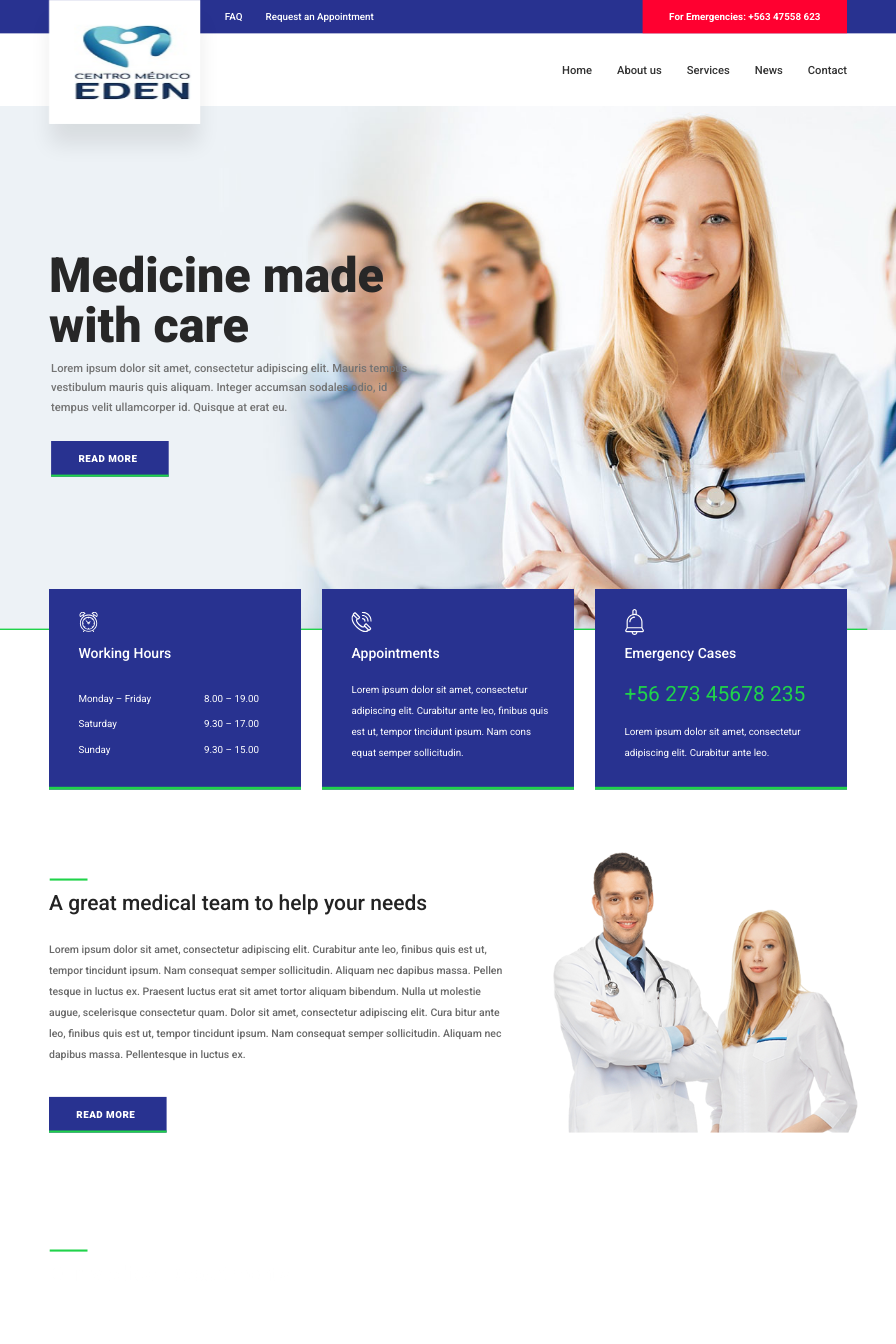
Repository: Nanitamo/centro-medico-eden-webpage
Page: index.html
These files come from the project's save history. The page is drawn as it stood at one moment and after the next save; the edit follows.
The browser window is 1280 px wide. The pictures show the part of the page from y = 0 to 1920 px (the page is 4535 px tall), at 70% of full size.

Above is the page before, as saved 2020-06-18 13:09:03.

### index.html
<!DOCTYPE html>
<html lang="en">
<head>
<title>CareMed</title>
<meta charset="utf-8">
<meta http-equiv="X-UA-Compatible" content="IE=edge">
<meta name="description" content="CareMed demo project">
<meta name="viewport" content="width=device-width, initial-scale=1">
<link rel="stylesheet" type="text/css" href="styles/bootstrap4/bootstrap.min.css">
<link href="plugins/font-awesome-4.7.0/css/font-awesome.min.css" rel="stylesheet" type="text/css">
<link rel="stylesheet" type="text/css" href="plugins/OwlCarousel2-2.2.1/owl.carousel.css">
<link rel="stylesheet" type="text/css" href="plugins/OwlCarousel2-2.2.1/owl.theme.default.css">
<link rel="stylesheet" type="text/css" href="plugins/OwlCarousel2-2.2.1/animate.css">
<link rel="stylesheet" type="text/css" href="styles/main_styles.css">
<link rel="stylesheet" type="text/css" href="styles/responsive.css">
</head>
<body>

<div class="super_container">

	<!-- Header -->

	<header class="header trans_200">

		<!-- Top Bar -->
		<div class="top_bar">
			<div class="container">
				<div class="row">
					<div class="col">
						<div class="top_bar_content d-flex flex-row align-items-center justify-content-start">
							<div class="top_bar_item"><a href="#">FAQ</a></div>
							<div class="top_bar_item"><a href="#">Request an Appointment</a></div>
							<div class="emergencies  d-flex flex-row align-items-center justify-content-start ml-auto">For Emergencies: +563 47558 623</div>
						</div>

					</div>
				</div>
			</div>
		</div>

		<!-- Header Content -->
		<div class="header_container">
			<div class="container">
				<div class="row">
					<div class="col">
						<div class="header_content d-flex flex-row align-items-center justify-content-start">
							<nav class="main_nav ml-auto">
								<ul>
									<li><a href="index.html">Home</a></li>
									<li><a href="about.html">About us</a></li>
									<li><a href="services.html">Services</a></li>
									<li><a href="news.html">News</a></li>
									<li><a href="contact.html">Contact</a></li>
								</ul>
							</nav>
							<div class="hamburger ml-auto"><i class="fa fa-bars" aria-hidden="true"></i></div>
						</div>
					</div>
				</div>
			</div>
		</div>

		<!-- Logo -->
		<div class="logo_container_outer">
			<div class="container">
				<div class="row">
					<div class="col">
						<div class="logo_container">
							<a href="#">
								<div class="logo_content d-flex flex-column align-items-start justify-content-center">
									<!-- <div class="logo_line"></div>
									<div class="logo d-flex flex-row align-items-center justify-content-center">
										<div class="logo_text">Care<span>Med</span></div>
										<div class="logo_box">+</div>
									</div>
									<div class="logo_sub">Health Care Center</div> -->
									<img src="./images/logo.jpg" alt="Logotipo" width ="166" height="106">
								</div>
							</a>
						</div>
					</div>
				</div>
			</div>
		</div>

	</header>

	<!-- Menu -->

	<div class="menu_container menu_mm">

		<!-- Menu Close Button -->
		<div class="menu_close_container">
			<div class="menu_close"></div>
		</div>

		<!-- Menu Items -->
		<div class="menu_inner menu_mm">
			<div class="menu menu_mm">
				<ul class="menu_list menu_mm">
					<li class="menu_item menu_mm"><a href="index.html">Home</a></li>
					<li class="menu_item menu_mm"><a href="about.html">About us</a></li>
					<li class="menu_item menu_mm"><a href="services.html">Services</a></li>
					<li class="menu_item menu_mm"><a href="news.html">News</a></li>
					<li class="menu_item menu_mm"><a href="contact.html">Contact</a></li>
				</ul>
			</div>
			<div class="menu_extra">
				<div class="menu_appointment"><a href="#">Request an Appointment</a></div>
				<div class="menu_emergencies">For Emergencies: +563 47558 623</div>
			</div>

		</div>

	</div>

	<!-- Home -->

	<div class="home">
		<div class="home_slider_container">
			<!-- Home Slider -->
			<div class="owl-carousel owl-theme home_slider">

				<!-- Slider Item -->
				<div class="owl-item">
					<div class="home_slider_background" style="background-image:url(images/home_background_1.jpg)"></div>
					<div class="home_content">
						<div class="container">
							<div class="row">
								<div class="col">
									<div class="home_content_inner">
										<div class="home_title"><h1>Medicine made with care</h1></div>
										<div class="home_text">
											<p>Lorem ipsum dolor sit amet, consectetur adipiscing elit. Mauris tempus vestibulum mauris quis aliquam. Integer accumsan sodales odio, id tempus velit ullamcorper id. Quisque at erat eu.</p>
										</div>
										<div class="button home_button">
											<a href="#">read more</a>
										</div>
									</div>
								</div>
							</div>
						</div>
					</div>
				</div>

				<!-- Slider Item -->
				<div class="owl-item">
					<div class="home_slider_background" style="background-image:url(images/home_background_1.jpg)"></div>
					<div class="home_content">
						<div class="container">
							<div class="row">
								<div class="col">
									<div class="home_content_inner">
										<div class="home_title"><h1>Medicine made with care</h1></div>
										<div class="home_text">
											<p>Lorem ipsum dolor sit amet, consectetur adipiscing elit. Mauris tempus vestibulum mauris quis aliquam. Integer accumsan sodales odio, id tempus velit ullamcorper id. Quisque at erat eu.</p>
										</div>
										<div class="button home_button">
											<a href="#">read more</a>
										</div>
									</div>
								</div>
							</div>
						</div>
					</div>
				</div>

				<!-- Slider Item -->
				<div class="owl-item">
					<div class="home_slider_background" style="background-image:url(images/home_background_1.jpg)"></div>
					<div class="home_content">
						<div class="container">
							<div class="row">
								<div class="col">
									<div class="home_content_inner">
										<div class="home_title"><h1>Medicine made with care</h1></div>
										<div class="home_text">
											<p>Lorem ipsum dolor sit amet, consectetur adipiscing elit. Mauris tempus vestibulum mauris quis aliquam. Integer accumsan sodales odio, id tempus velit ullamcorper id. Quisque at erat eu.</p>
										</div>
										<div class="button home_button">
											<a href="#">read more</a>
										</div>
									</div>
								</div>
							</div>
						</div>
					</div>
				</div>

			</div>

			<!-- Slider Progress -->
			<div class="home_slider_progress"></div>
		</div>
	</div>

	<!-- 3 Boxes -->

	<div class="boxes">
		<div class="container">
			<div class="row">

				<!-- Box -->
				<div class="col-lg-4 box_col">
					<div class="box working_hours">
						<div class="box_icon d-flex flex-column align-items-start justify-content-center"><div style="width:29px; height:29px;"><img src="images/alarm-clock.svg" alt=""></div></div>
						<div class="box_title">Working Hours</div>
						<div class="working_hours_list">
							<ul>
								<li class="d-flex flex-row align-items-center justify-content-start">
									<div>Monday – Friday</div>
									<div class="ml-auto">8.00 – 19.00</div>
								</li>
								<li class="d-flex flex-row align-items-center justify-content-start">
									<div>Saturday</div>
									<div class="ml-auto">9.30 – 17.00</div>
								</li>
								<li class="d-flex flex-row align-items-center justify-content-start">
									<div>Sunday</div>
									<div class="ml-auto">9.30 – 15.00</div>
								</li>
							</ul>
						</div>
					</div>
				</div>

				<!-- Box -->
				<div class="col-lg-4 box_col">
					<div class="box box_appointments">
						<div class="box_icon d-flex flex-column align-items-start justify-content-center"><div style="width: 29px; height:29px;"><img src="images/phone-call.svg" alt=""></div></div>
						<div class="box_title">Appointments</div>
						<div class="box_text">Lorem ipsum dolor sit amet, consectetur adipiscing elit. Curabitur ante leo, finibus quis est ut, tempor tincidunt ipsum. Nam cons equat semper sollicitudin.</div>
					</div>
				</div>

				<!-- Box -->
				<div class="col-lg-4 box_col">
					<div class="box box_emergency">
						<div class="box_icon d-flex flex-column align-items-start justify-content-center"><div style="width: 37px; height:37px; margin-left:-4px;"><img src="images/bell.svg" alt=""></div></div>
						<div class="box_title">Emergency Cases</div>
						<div class="box_phone">+56 273 45678 235</div>
						<div class="box_emergency_text">Lorem ipsum dolor sit amet, consectetur adipiscing elit. Curabitur ante leo.</div>
					</div>
				</div>

			</div>
		</div>
	</div>

	<!-- About -->

	<div class="about">
		<div class="container">
			<div class="row row-lg-eq-height">

				<!-- About Content -->
				<div class="col-lg-7">
					<div class="about_content">
						<div class="section_title"><h2>A great medical team to help your needs</h2></div>
						<div class="about_text">
							<p>Lorem ipsum dolor sit amet, consectetur adipiscing elit. Curabitur ante leo, finibus quis est ut, tempor tincidunt ipsum. Nam consequat semper sollicitudin. Aliquam nec dapibus massa. Pellen tesque in luctus ex. Praesent luctus erat sit amet tortor aliquam bibendum. Nulla ut molestie augue, scelerisque consectetur quam. Dolor sit amet, consectetur adipiscing elit. Cura bitur ante leo, finibus quis est ut, tempor tincidunt ipsum. Nam consequat semper sollicitudin. Aliquam nec dapibus massa. Pellentesque in luctus ex.</p>
						</div>
						<div class="button about_button">
							<a href="#">read more</a>
						</div>
					</div>
				</div>

				<!-- About Image -->
				<div class="col-lg-5">
					<div class="about_image"><img src="images/about.png" alt=""></div>
				</div>
			</div>
		</div>
	</div>

	<!-- Departments -->

	<div class="departments">
		<div class="departments_background parallax-window" data-parallax="scroll" data-image-src="images/departments.jpg" data-speed="0.8"></div>
		<div class="container">
			<div class="row">
				<div class="col">
					<div class="section_title section_title_light"><h2>Our Medical Departments</h2></div>
				</div>
			</div>
			<div class="row departments_row row-md-eq-height">

				<!-- Department -->
				<div class="col-lg-3 col-md-6 dept_col">
					<div class="dept">
						<div class="dept_image"><img src="images/dept_1.jpg" alt=""></div>
						<div class="dept_content text-center">
							<div class="dept_title">plastic surgery</div>
							<div class="dept_subtitle">Dr. James Smith</div>
						</div>
					</div>
				</div>

				<!-- Department -->
				<div class="col-lg-3 col-md-6 dept_col">
					<div class="dept">
						<div class="dept_image"><img src="images/dept_2.jpg" alt=""></div>
						<div class="dept_content text-center">
							<div class="dept_title">gastroenterology</div>
							<div class="dept_subtitle">Dr. Gunter Roscoe</div>
						</div>
					</div>
				</div>

				<!-- Department -->
				<div class="col-lg-3 col-md-6 dept_col">
					<div class="dept">
						<div class="dept_image"><img src="images/dept_3.jpg" alt=""></div>
						<div class="dept_content text-center">
							<div class="dept_title">dentistry</div>
							<div class="dept_subtitle">Dr. Maria Williams</div>
						</div>
					</div>
				</div>

				<!-- Department -->
				<div class="col-lg-3 col-md-6 dept_col">
					<div class="dept">
						<div class="dept_text">
							<p>Lorem ipsum dolor sit amet, consectetur adipiscing elit. Curabitur ante leo, finibus quis est ut, tempor tincidunt ipsum. Nam consequat semper sollicitudin. Aliquam nec dap ibus massa. Pellen tesque in luctus ex.</p>
						</div>
						<div class="button dept_button"><a href="#">read more</a></div>
					</div>
				</div>
			</div>
		</div>
	</div>

	<!-- Services -->

	<div class="services">
		<div class="container">
			<div class="row">
				<div class="col">
					<div class="section_title"><h2>Our Featured Services</h2></div>
				</div>
			</div>
			<div class="row services_row">

				<!-- Service -->
				<div class="col-lg-4 col-md-6 service_col">
					<a href="services.html">
						<div class="service text-center trans_200">
							<div class="service_icon"><img class="svg" src="images/service_1.svg" alt=""></div>
							<div class="service_title trans_200">Free Checkups</div>
							<div class="service_text">
								<p>Lorem ipsum dolor sit amet, consectetur adipiscing elit. Curabitur ante leo, finibus quis est ut, tempor tincidunt ipsum. Nam consequat semper sollicitudin.</p>
							</div>
						</div>
					</a>
				</div>

				<!-- Service -->
				<div class="col-lg-4 col-md-6 service_col">
					<a href="services.html">
						<div class="service text-center trans_200">
							<div class="service_icon"><img class="svg" src="images/service_2.svg" alt=""></div>
							<div class="service_title trans_200">Screening Exams</div>
							<div class="service_text">
								<p>Lorem ipsum dolor sit amet, consectetur adipiscing elit. Curabitur ante leo, finibus quis est ut, tempor tincidunt ipsum. Nam consequat semper sollicitudin.</p>
							</div>
						</div>
					</a>
				</div>

				<!-- Service -->
				<div class="col-lg-4 col-md-6 service_col">
					<a href="services.html">
						<div class="service text-center trans_200">
							<div class="service_icon"><img class="svg" src="images/service_3.svg" alt=""></div>
							<div class="service_title trans_200">RMI Services</div>
							<div class="service_text">
								<p>Lorem ipsum dolor sit amet, consectetur adipiscing elit. Curabitur ante leo, finibus quis est ut, tempor tincidunt ipsum. Nam consequat semper sollicitudin.</p>
							</div>
						</div>
					</a>
				</div>

				<!-- Service -->
				<div class="col-lg-4 col-md-6 service_col">
					<a href="services.html">
						<div class="service text-center trans_200">
							<div class="service_icon"><img class="svg" src="images/service_4.svg" alt=""></div>
							<div class="service_title trans_200">Dentistry</div>
							<div class="service_text">
								<p>Lorem ipsum dolor sit amet, consectetur adipiscing elit. Curabitur ante leo, finibus quis est ut, tempor tincidunt ipsum. Nam consequat semper sollicitudin.</p>
							</div>
						</div>
					</a>
				</div>

				<!-- Service -->
				<div class="col-lg-4 col-md-6 service_col">
					<a href="services.html">
						<div class="service text-center trans_200">
							<div class="service_icon"><img class="svg" src="images/service_5.svg" alt=""></div>
							<div class="service_title trans_200">Neonatology</div>
							<div class="service_text">
								<p>Lorem ipsum dolor sit amet, consectetur adipiscing elit. Curabitur ante leo, finibus quis est ut, tempor tincidunt ipsum. Nam consequat semper sollicitudin.</p>
							</div>
						</div>
					</a>
				</div>

				<!-- Service -->
				<div class="col-lg-4 col-md-6 service_col">
					<a href="services.html">
						<div class="service text-center trans_200">
							<div class="service_icon"><img class="svg" src="images/service_6.svg" alt=""></div>
							<div class="service_title trans_200">Biochemistry</div>
							<div class="service_text">
								<p>Lorem ipsum dolor sit amet, consectetur adipiscing elit. Curabitur ante leo, finibus quis est ut, tempor tincidunt ipsum. Nam consequat semper sollicitudin.</p>
							</div>
						</div>
					</a>
				</div>
			</div>
		</div>
	</div>

	<!-- Call to action -->

	<div class="cta">
		<div class="cta_background parallax-window" data-parallax="scroll" data-image-src="images/cta.jpg" data-speed="0.8"></div>
		<div class="container">
			<div class="row">
				<div class="col">
					<div class="cta_content text-center">
						<h2>Need a personal health plan?</h2>
						<p>Duis massa massa, mollis vel ullamcorper quis, finibus et urna. Aliquam ac eleifend metus. Ut sollicitudin risus ex</p>
						<div class="button cta_button"><a href="#">request a plan</a></div>
					</div>
				</div>
			</div>
		</div>
	</div>

	<!-- Footer -->

	<footer class="footer">
		<div class="footer_container">
			<div class="container">
				<div class="row">

					<!-- Footer - About -->
					<div class="col-lg-4 footer_col">
						<div class="footer_about">
							<div class="footer_logo_container">
								<a href="#" class="d-flex flex-column align-items-center justify-content-center">
									<div class="logo_content">
										<div class="logo d-flex flex-row align-items-center justify-content-center">
											<div class="logo_text">Care<span>Med</span></div>
											<div class="logo_box">+</div>
										</div>
										<div class="logo_sub">Health Care Center</div>
									</div>
								</a>
							</div>
							<div class="footer_about_text">
								<p>Lorem ipsum dolor sit amet, conse ctetur adipiscing elit. Curabitur ante leo, finibus quis est ut, tempor tincidunt ipsum.</p>
							</div>
							<ul class="footer_about_list">
								<li><div class="footer_about_icon"><img src="images/phone-call.svg" alt=""></div><span>+45 677 8993000 223</span></li>
								<li><div class="footer_about_icon"><img src="images/envelope.svg" alt=""></div><span>office@template.com</span></li>
								<li><div class="footer_about_icon"><img src="images/placeholder.svg" alt=""></div><span>Main Str. no 45-46, b3, 56832, Los Angeles, CA</span></li>
							</ul>
						</div>
					</div>

					<!-- Footer - Links -->
					<div class="col-lg-4 footer_col">
						<div class="footer_links footer_column">
							<div class="footer_title">Useful Links</div>
							<ul>
								<li><a href="#">Testimonials</a></li>
								<li><a href="#">FAQ</a></li>
								<li><a href="#">Apply for a Job</a></li>
								<li><a href="#">Terms & Conditions</a></li>
								<li><a href="#">Our Partners</a></li>
								<li><a href="#">Services</a></li>
								<li><a href="#">Free services</a></li>
								<li><a href="#">About us</a></li>
								<li><a href="#">News</a></li>
								<li><a href="#">Contact</a></li>
								<li><a href="#">Our Screening Program</a></li>
								<li><a href="#">FAQ</a></li>
							</ul>
						</div>
					</div>

					<!-- Footer - News -->
					<div class="col-lg-4 footer_col">
						<div class="footer_news footer_column">
							<div class="footer_title">Useful Links</div>
							<ul>
								<li>
									<div class="footer_news_title"><a href="news.html">Aliquam ac eleifend metus</a></div>
									<div class="footer_news_date">March 10, 2018</div>
								</li>
								<li>
									<div class="footer_news_title"><a href="news.html">Donec in libero sit amet mi vulputate</a></div>
									<div class="footer_news_date">March 10, 2018</div>
								</li>
								<li>
									<div class="footer_news_title"><a href="news.html">Aliquam ac eleifend metus</a></div>
									<div class="footer_news_date">March 10, 2018</div>
								</li>
							</ul>
						</div>
					</div>
				</div>
			</div>
		</div>
		<div class="copyright">
			<div class="container">
				<div class="row">
					<div class="col">
						<div class="copyright_content d-flex flex-lg-row flex-column align-items-lg-center justify-content-start">
							<div class="cr"><!-- Link back to Colorlib can't be removed. Template is licensed under CC BY 3.0. -->
Copyright &copy;<script>document.write(new Date().getFullYear());</script> All rights reserved | This template is made with <i class="fa fa-heart-o" aria-hidden="true"></i> by <a href="https://colorlib.com" target="_blank">Colorlib</a>
<!-- Link back to Colorlib can't be removed. Template is licensed under CC BY 3.0. --></div>
							<div class="footer_social ml-lg-auto">
								<ul>
									<li><a href="#"><i class="fa fa-pinterest" aria-hidden="true"></i></a></li>
									<li><a href="#"><i class="fa fa-facebook" aria-hidden="true"></i></a></li>
									<li><a href="#"><i class="fa fa-twitter" aria-hidden="true"></i></a></li>
									<li><a href="#"><i class="fa fa-dribbble" aria-hidden="true"></i></a></li>
									<li><a href="#"><i class="fa fa-behance" aria-hidden="true"></i></a></li>
									<li><a href="#"><i class="fa fa-linkedin" aria-hidden="true"></i></a></li>
								</ul>
							</div>
						</div>
					</div>
				</div>
			</div>
		</div>
	</footer>
</div>

<script src="js/jquery-3.2.1.min.js"></script>
<script src="styles/bootstrap4/popper.js"></script>
<script src="styles/bootstrap4/bootstrap.min.js"></script>
<script src="plugins/OwlCarousel2-2.2.1/owl.carousel.js"></script>
<script src="plugins/easing/easing.js"></script>
<script src="plugins/parallax-js-master/parallax.min.js"></script>
<script src="js/custom.js"></script>
</body>
</html>

Loaded but not shown: styles/bootstrap4/bootstrap.min.css (library); plugins/font-awesome-4.7.0/css/font-awesome.min.css (library); plugins/OwlCarousel2-2.2.1/owl.carousel.css (library); plugins/OwlCarousel2-2.2.1/owl.theme.default.css (common file); plugins/OwlCarousel2-2.2.1/animate.css (library); js/jquery-3.2.1.min.js (library); styles/bootstrap4/popper.js (library); styles/bootstrap4/bootstrap.min.js (library); plugins/OwlCarousel2-2.2.1/owl.carousel.js (library); plugins/easing/easing.js (library); plugins/parallax-js-master/parallax.min.js (library); js/custom.js (204 lines, source omitted); styles/main_styles.css (1310 lines, source omitted); styles/responsive.css (427 lines, source omitted)

After the next save:
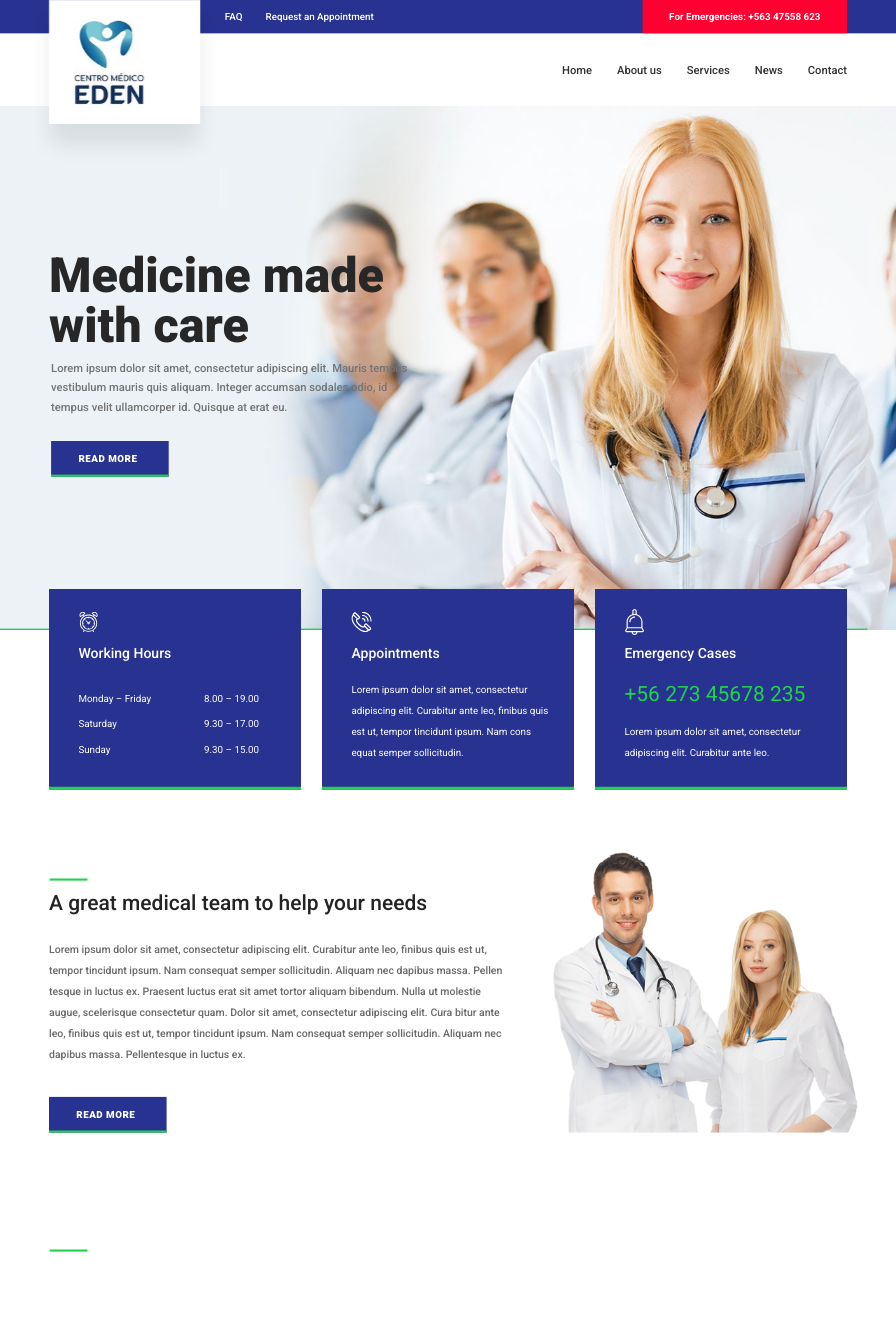
Saved 8 s later.
--- a/index.html
+++ b/index.html
@@ -74,7 +74,7 @@
 										<div class="logo_box">+</div>
 									</div>
 									<div class="logo_sub">Health Care Center</div> -->
-									<img src="./images/logo.jpg" alt="Logotipo" width ="166" height="106">
+									<img src="./images/logo.jpg" alt="Logotipo" >
 								</div>
 							</a>
 						</div>
